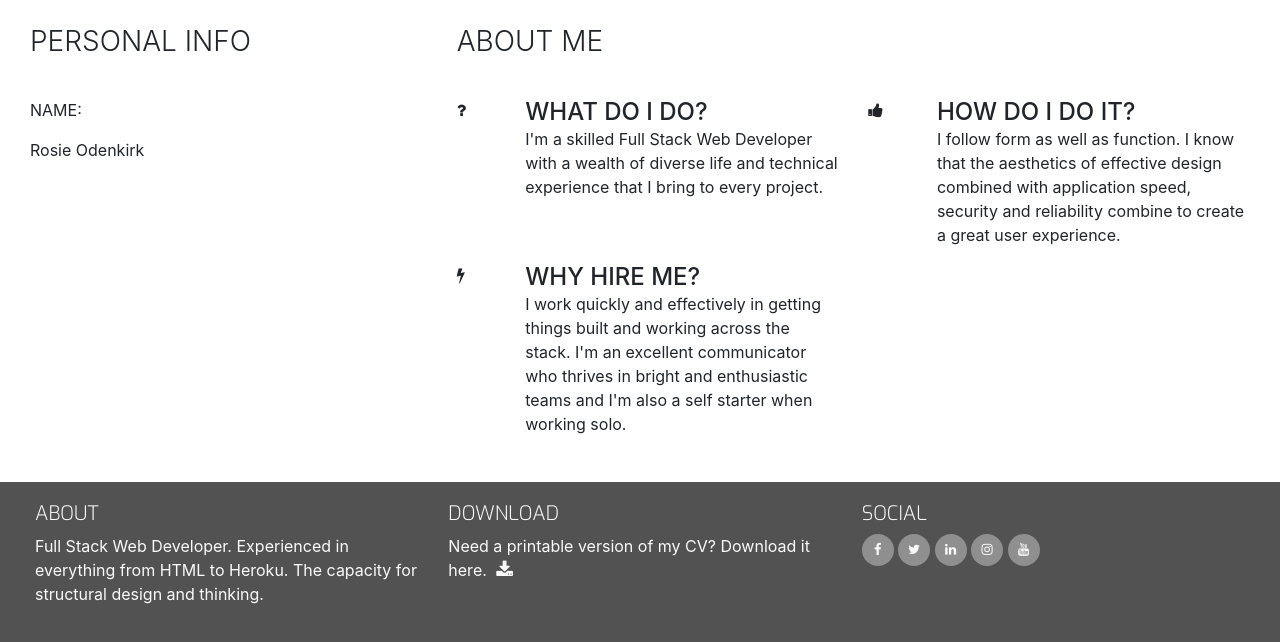
Repository: SimonGeorgeNZ/UCD-Resume
Page: index.html
The author's editor kept a record of every edit. The page is drawn from the files as they stood at one moment, then again after the next edit.
The browser window is 1280 px wide. The pictures show the part of the page from y = 369 to 1011 px (the page is 1011 px tall).
Some web libraries are served in a nearby version.

Above is the page before.

After the next edit:
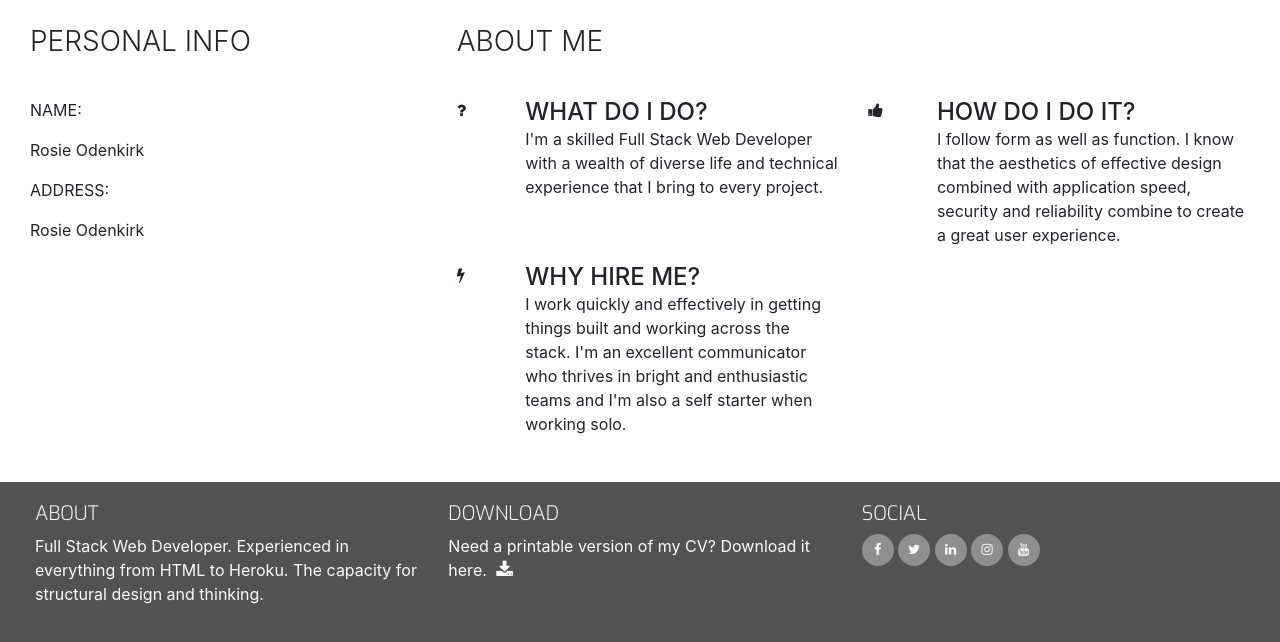
The edit:
--- a/index.html
+++ b/index.html
@@ -58,6 +58,18 @@
                     <div class="key">
                       <p class="uppercase">
                           Name:
+                      </p>
+                    </div>
+                    <div class="value">
+                      <p>
+                        Rosie Odenkirk
+                      </p>
+                    </div>
+                </div>
+                <div class="personal-info-item">
+                    <div class="key">
+                      <p class="uppercase">
+                          Address:
                       </p>
                     </div>
                     <div class="value">
